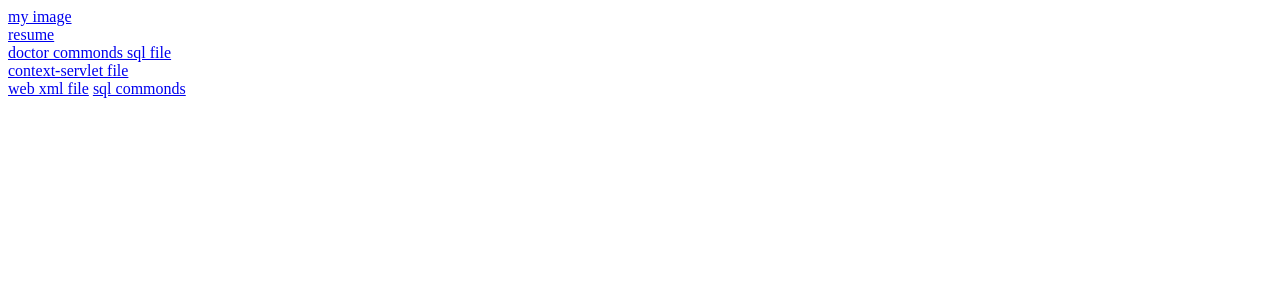
Repository: chetanmelavanki/Spring
Page: train/src/main/webapp/WEB-INF/ResourceLinks.html
The author's editor kept a copy of each file at every save. The page is drawn from the files as they stood at one save, then again after the next save.
The browser window is 1280 px wide. The pictures show the whole page.

Above is the page before, as saved 2022-07-13 06:45:36.

After the next save:
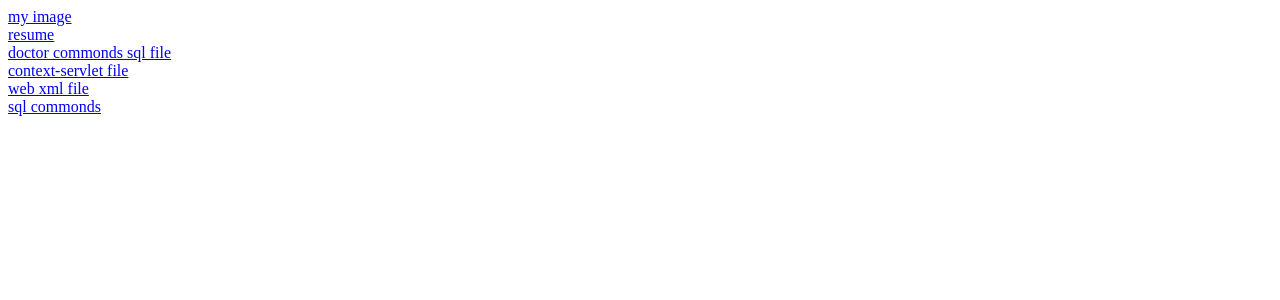
Saved 33 s later.
--- a/train/src/main/webapp/WEB-INF/ResourceLinks.html
+++ b/train/src/main/webapp/WEB-INF/ResourceLinks.html
@@ -9,7 +9,7 @@
 <a href="http://localhost:8080/train/getPDFResource" target="_blank">resume</a><br>
 <a href="http://localhost:8080/train/getSQLresource" target="_blank">doctor commonds sql file</a><br>
 <a href="http://localhost:8080/train/getXMLresource" target="_blank">context-servlet file</a><br>
-<a href="http://localhost:8080/train/getXML1resource" target="_blank">web xml file</a>
+<a href="http://localhost:8080/train/getXML1resource" target="_blank">web xml file</a><br>
 <a href="http://localhost:8080/train/getPDF1Resource" target="_blank">sql commonds</a>
 </body>
 </html>
